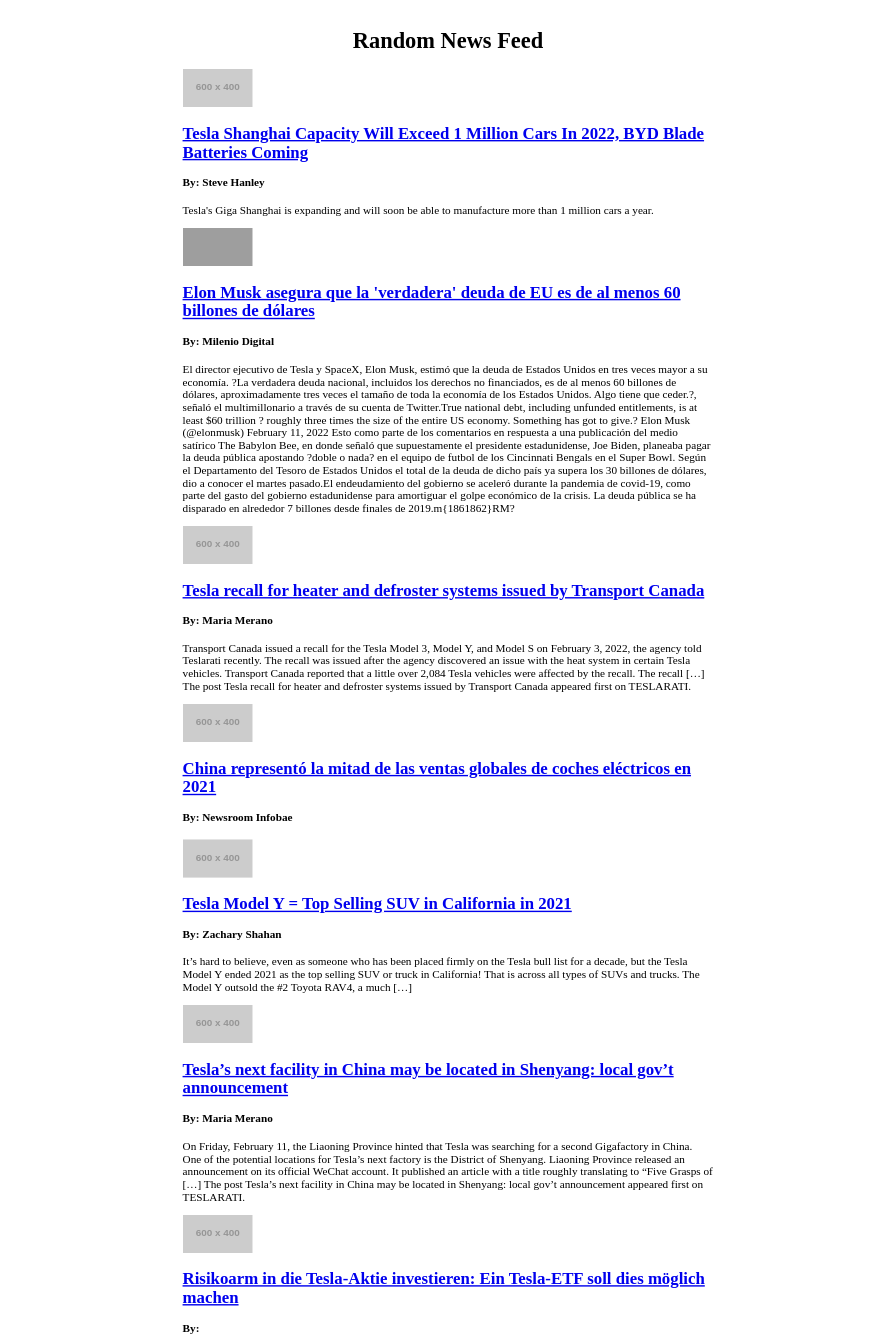
Repository: SamanthaYan298/my_news
Page: /
These files come from the project's save history. The page is drawn as it stood at one moment and after the next save; the edit follows.
The browser window is 1280 px wide. The pictures show the part of the page from y = 0 to 1920 px (the page is 18699 px tall before and 17319 px after), at 70% of full size.
Pictures or frames that could not be fetched are drawn as grey boxes. The project was rebuilt for these pictures with package versions that can differ from the ones it lists, and the page was loaded fresh each time. Also part of the build but not shown: vite.config.js.

Above is the page before, as saved 2024-09-23 17:02:16.

### src/App.jsx
import news_feed from './sample_news_stories.json';

function App() {

  // Get stories from news feed
  const stories = news_feed.results;

  return (
    <div className="App">
      <h1>Random News Feed</h1>
      <div>
        {stories.map((story, index) => (
          <div key={index}>
            <div>
              <img
                src={story.image_url || 'https://placehold.co/600x400'}
                alt={story.title}
                style={{
                  width: '100px',
                  height: '55px'
                }}
              />
            </div>
            <a href={story.link}><h2>{story.title}</h2></a>
            <h4>By: {story.creator}</h4>
            <p>{story.description}</p>
          </div>
        ))}
      </div>
    </div>
  );
}

export default App;

### src/index.css
.App {
  padding: 10px;
  max-width: 60%;
  margin: auto;
}

.App > h1 {
  text-align: center;
}

.feed {
  display: flex;
  flex-direction: column;
  gap: 1em;
}

.story {
  position: relative;
  padding: 1em;
  box-shadow: 0 1px 2px #aeaeae;
}

.story span.delete {
  position: absolute;
  /* padding: 1px 3px; */
  width: 1rem;
  height: 1rem;
  text-align: center;
  line-height: 0.8;
  top: 0;
  right: 0;
  background: red;
  color: #fff;
  cursor: pointer;
}

.story_header {
  display: flex;
  flex-direction: row;
  gap: 1em;
}

.story_header h1 {
  margin: 0;
  padding: 0;
  font-size: 1.5em;
}

.story_header h1 > a {
  text-decoration: none;
}

.story_creator {
  display: block;
  font-size: 1rem;
  margin-top: 1rem;
}

.story_image {
  max-width: 20%;
}

.story_image img {
  width: 100%;
}

Loaded but not shown: index.html (common file); src/main.jsx (common file); src/sample_news_stories.json (1743 lines, source omitted)

After the next save:
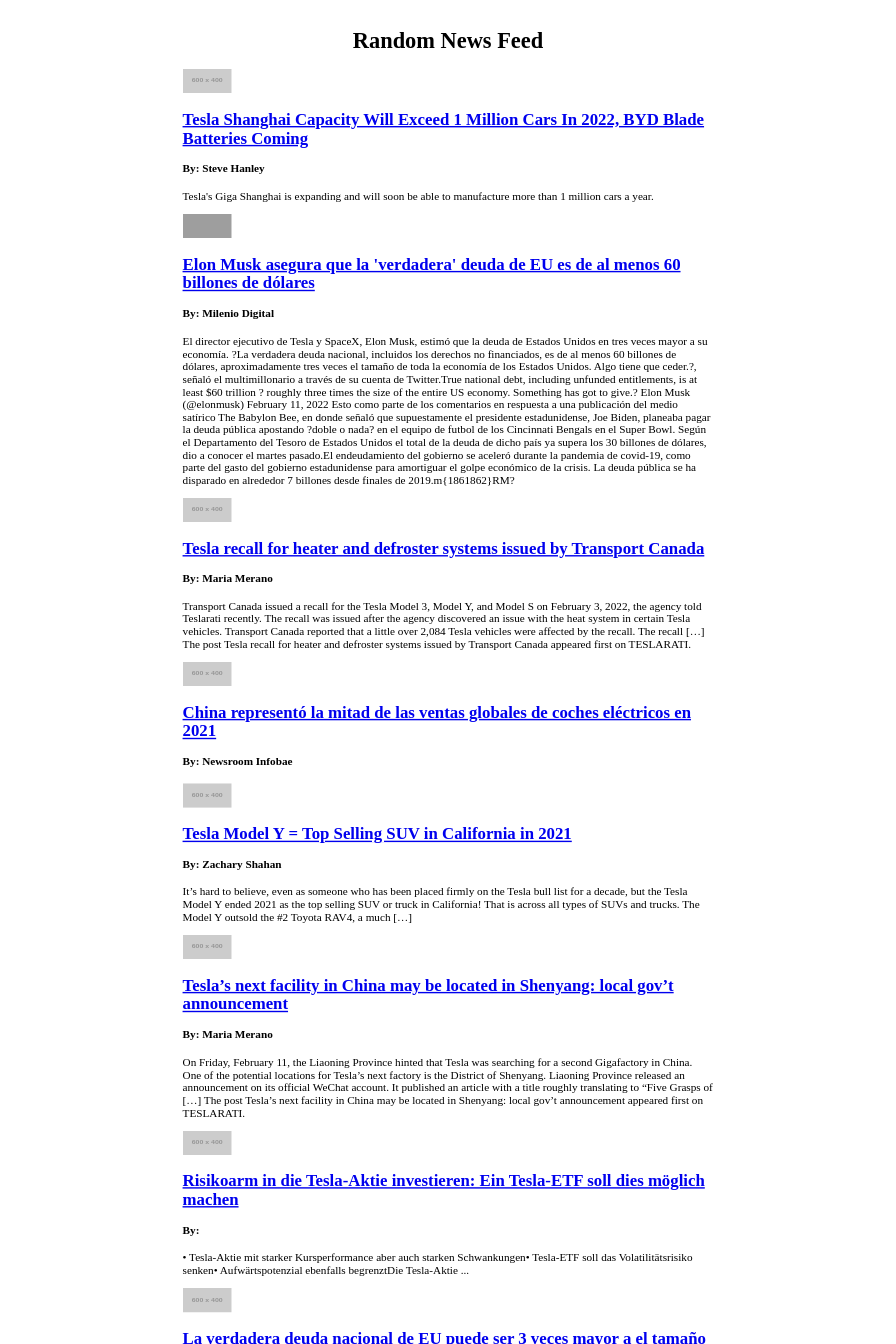
Saved 40 s later.
--- a/src/App.jsx
+++ b/src/App.jsx
@@ -16,8 +16,8 @@
                 src={story.image_url || 'https://placehold.co/600x400'}
                 alt={story.title}
                 style={{
-                  width: '100px',
-                  height: '55px'
+                  width: '70px',
+                  height: '35px'
                 }}
               />
             </div>

After the save that followed:
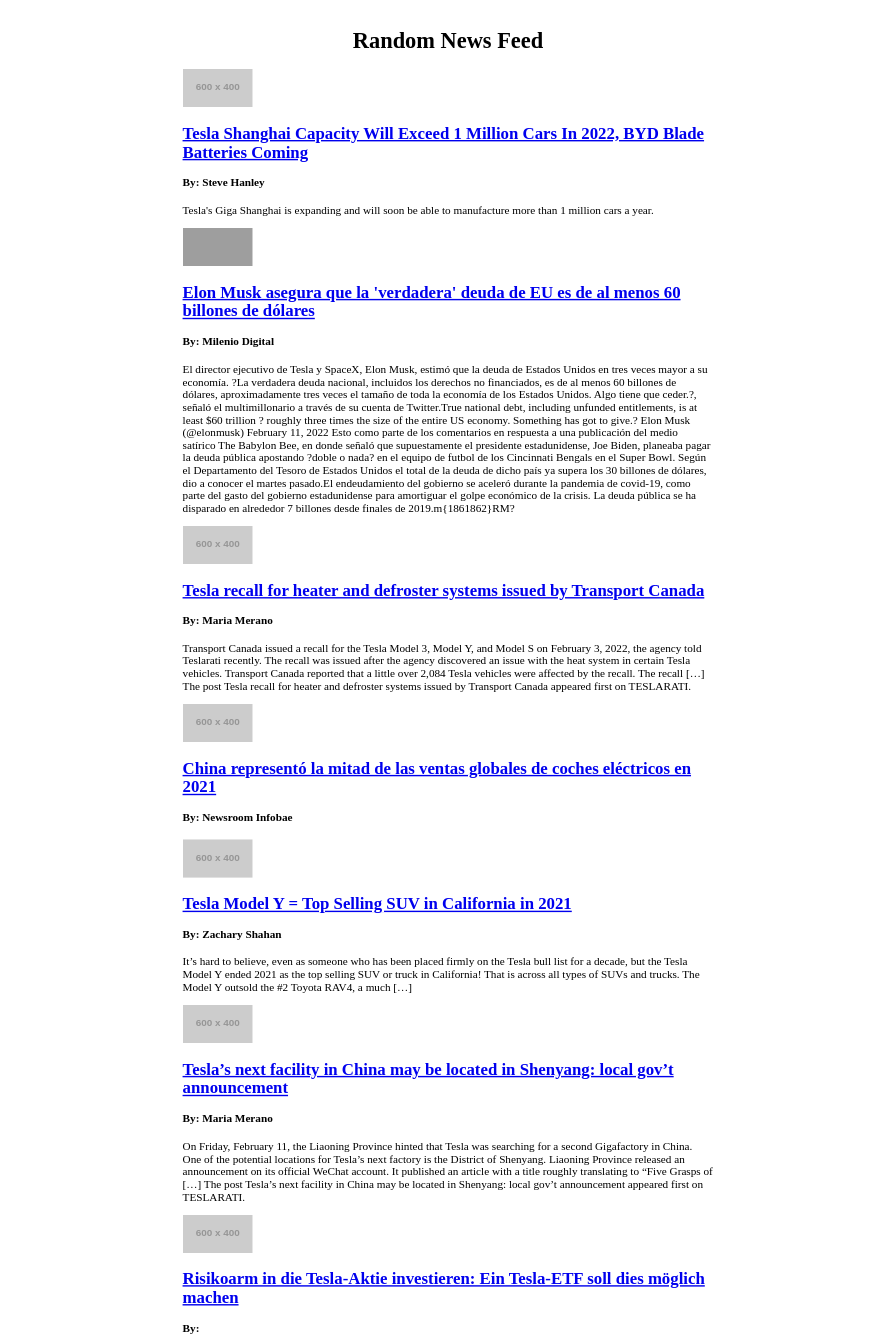
Saved 8 s later.
--- a/src/App.jsx
+++ b/src/App.jsx
@@ -16,8 +16,8 @@
                 src={story.image_url || 'https://placehold.co/600x400'}
                 alt={story.title}
                 style={{
-                  width: '70px',
-                  height: '35px'
+                  width: '100px',
+                  height: '55px'
                 }}
               />
             </div>
